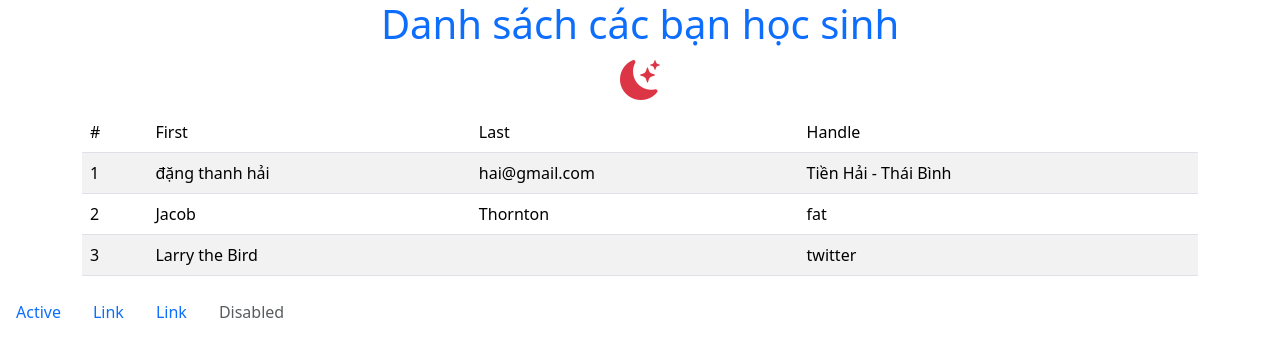
Repository: danghoanghai2k2/BeginAnguLar
Page: / (app in FirstAnGuLar/)
An editor plug-in stored every save of this project. The page is shown before and after the next save, followed by the edit.
The browser window is 1280 px wide. The pictures show the whole page.
The project was rebuilt for these pictures with package versions that can differ from the ones it lists, and the page was loaded fresh each time. Also part of the build but not shown: FirstAnGuLar/angular.json.

Above is the page before, as saved 2024-06-08 08:57:56.

### FirstAnGuLar/src/index.html
<!doctype html>
<html lang="en">
<head>
  <meta charset="utf-8">
  <title>FirstAnGuLar</title>
  <base href="/">
  <meta name="viewport" content="width=device-width, initial-scale=1">
  <link rel="icon" type="img" href="../public/img/465.jpg">
</head>
<body>
  <app-root></app-root>
</body>
</html>

### FirstAnGuLar/src/styles.css

*,
*:before,
*:after {
  box-sizing: border-box;
}
* {
  margin: 0;
  padding: 0;
  font: inherit;
}
img,
picture,
svg,
video {
  display: block;
  max-width: 100%;
}
input,
select,
textarea {
  background-color: transparent;
  outline: none;
}
button {
  cursor: pointer;
  background-color: transparent;
  outline: none;
  border: 0;
}
body {
  min-height: 100vh;
  font-weight: 400;
  font-size: 16px;
  line-height: 1;
}

### FirstAnGuLar/src/main.ts
import { bootstrapApplication } from '@angular/platform-browser';
import { appConfig } from './app/app.config';
import { AppComponent } from './app/app.component';
// import { ChildComponent } from './app/child/child.component';

bootstrapApplication(AppComponent, appConfig)
  .catch((err) => console.error(err));

### FirstAnGuLar/src/app/app.component.ts
import { Component } from '@angular/core';
import { RouterOutlet } from '@angular/router';
import { User } from './common/User';
import { HeaderComponent } from './component/header/header.component';

@Component({
  selector: 'app-root',
  standalone: true,
  imports: [RouterOutlet,HeaderComponent],
  templateUrl: './app.component.html',
  styleUrl: './app.component.css'
})
export class AppComponent {
  // tạo ra thẻ tiêu đề
  lists = 'Danh sách các bạn học sinh';
  nguoiDung:User = {
    id :1,
    name :'đặng thanh hải',
    email :'hai@gmail.com',
    address: 'Tiền Hải - Thái Bình'
  };
}

### FirstAnGuLar/src/app/app.component.html
<div class="container">
    <div class="header">
        <h1 class="text-center text-primary">{{lists}}</h1>
        <h1 class="text-center text-danger"><i class="bi bi-moon-stars-fill"></i></h1>
    </div>
    <table class="table table-striped">
        <thead>
          <tr>
            <th scope="col">#</th>
            <th scope="col">First</th>
            <th scope="col">Last</th>
            <th scope="col">Handle</th>
          </tr>
        </thead>
        <tbody>
          <tr>
            <th scope="row">{{nguoiDung.id}}</th>
            <td>{{nguoiDung.name}}</td>
            <td>{{nguoiDung.email}}</td>
            <td>{{nguoiDung.address}}</td>
          </tr>
          <tr>
            <th scope="row">2</th>
            <td>Jacob</td>
            <td>Thornton</td>
            <td>fat</td>
          </tr>
          <tr>
            <th scope="row">3</th>
            <td colspan="2">Larry the Bird</td>
            <td>twitter</td>
          </tr>
        </tbody>
      </table>
</div>
<app-header></app-header>

### FirstAnGuLar/src/app/component/header/header.component.ts
import { Component } from '@angular/core';

@Component({
  selector: 'app-header',
  standalone: true,
  imports: [],
  templateUrl:'./header.component.html',
  styleUrl: './header.component.css'
})
export class HeaderComponent {

}

### FirstAnGuLar/src/app/component/header/header.component.html
<ul class="nav">
    <li class="nav-item">
      <a class="nav-link active" aria-current="page" href="#">Active</a>
    </li>
    <li class="nav-item">
      <a class="nav-link" href="#">Link</a>
    </li>
    <li class="nav-item">
      <a class="nav-link" href="#">Link</a>
    </li>
    <li class="nav-item">
      <a class="nav-link disabled" aria-disabled="true">Disabled</a>
    </li>
  </ul>

Loaded but not shown: FirstAnGuLar/src/app/app.config.ts (common file); FirstAnGuLar/src/app/app.routes.ts (common file); FirstAnGuLar/src/app/app.component.css (no stored copy; drawn as an empty file); FirstAnGuLar/src/app/component/header/header.component.css (no stored copy; drawn as an empty file)

After the next save:
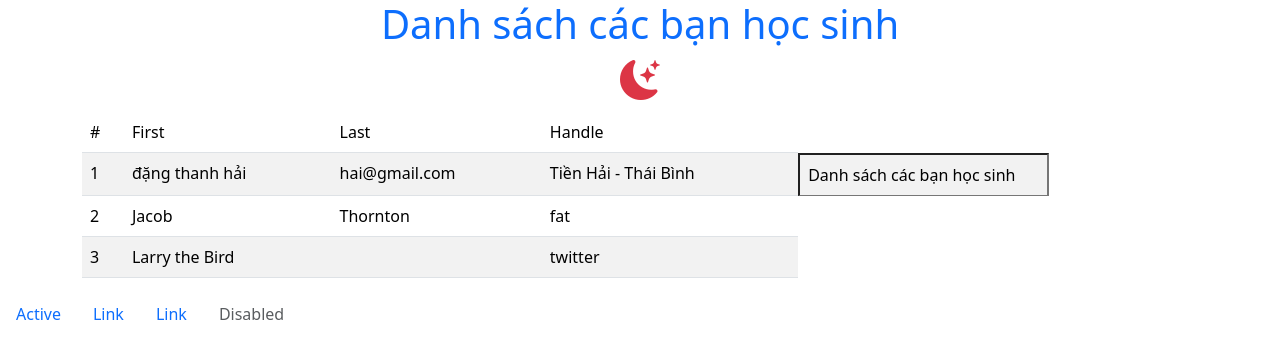
Saved 28 min 48 s later.
--- a/FirstAnGuLar/src/app/app.component.html
+++ b/FirstAnGuLar/src/app/app.component.html
@@ -18,6 +18,7 @@
             <td>{{nguoiDung.name}}</td>
             <td>{{nguoiDung.email}}</td>
             <td>{{nguoiDung.address}}</td>
+            <input type="text" name="" id="" [value]="lists">
           </tr>
           <tr>
             <th scope="row">2</th>
